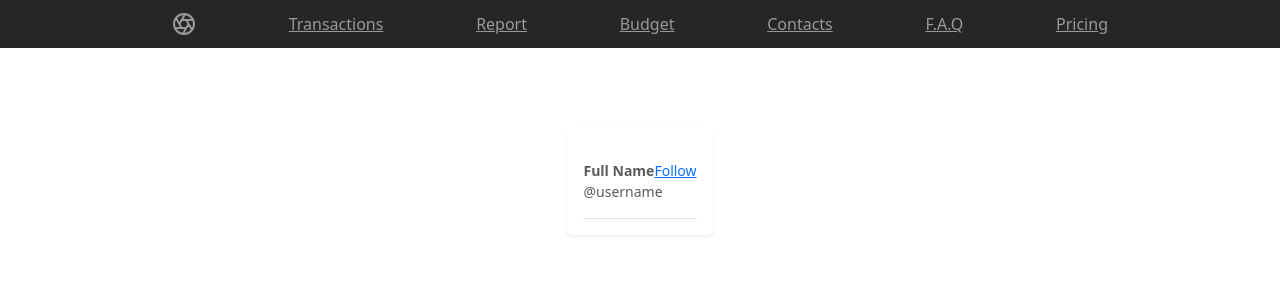
Repository: Nuriddinkhuja/budget-app-advanced
Page: index.html
An editor plug-in stored every save of this project. The page is shown before and after the next save, followed by the edit.
The browser window is 1280 px wide. The pictures show the whole page.
Some web libraries are served in a nearby version.

Above is the page before, as saved 2019-12-17 14:50:47.

### index.html
<html lang="en">
<head>
    <meta charset="UTF-8">
    <meta name="viewport" content="width=device-width, initial-scale=1.0">
    <meta http-equiv="X-UA-Compatible" content="ie=edge">
    <title>Document</title>
    <link rel="stylesheet" href="./node_modules/bootstrap/dist/css/bootstrap.min.css">
    <link rel="stylesheet" href="./css/style.css">
</head>
<body>
    <nav class="site-header sticky-top py-1">
        <div class="container d-flex flex-column flex-md-row justify-content-between">
            <a class="py-2" href="#" aria-label="Product">
            <svg xmlns="http://www.w3.org/2000/svg" width="24" height="24" fill="none" stroke="currentColor" stroke-linecap="round" stroke-linejoin="round" stroke-width="2" class="d-block mx-auto" role="img" viewBox="0 0 24 24" focusable="false"><title>Product</title><circle cx="12" cy="12" r="10"></circle><path d="M14.31 8l5.74 9.94M9.69 8h11.48M7.38 12l5.74-9.94M9.69 16L3.95 6.06M14.31 16H2.83m13.79-4l-5.74 9.94"></path></svg>
            </a>
            <a class="py-2 d-none d-md-inline-block" href="#">Transactions</a>
            <a class="py-2 d-none d-md-inline-block" href="#">Report</a>
            <a class="py-2 d-none d-md-inline-block" href="#">Budget</a>
            <a class="py-2 d-none d-md-inline-block" href="#">Contacts</a>
            <a class="py-2 d-none d-md-inline-block" href="#">F.A.Q</a>
            <a class="py-2 d-none d-md-inline-block" href="#">Pricing</a>
        </div>
    </nav>
    <div class="container">
        <div class="row justify-content-md-center p-3 p-md-5 m-md-3">
            <div class="col-md-auto">
                <div class="my-3 p-3 bg-white rounded shadow-sm">
                    <div class="media text-muted pt-3">
                        <div class="media-body pb-3 mb-0 small lh-125 border-bottom border-gray">
                            <div class="d-flex justify-content-between align-items-center w-100">
                                <strong class="text-gray-dark">Full Name</strong>
                                <a href="#">Follow</a>
                            </div>
                            <span class="d-block">@username</span>
                        </div>
                    </div>
                </div>
            </div>
        </div>
    </div>

    <script src="./js/jquery.min.js"></script>
    <script src="./node_modules/popper.js/dist/popper.min.js"></script>
    <script src="./node_modules/bootstrap/dist/js/bootstrap.min.js"></script>
    <script src="./js/main.js"></script>
</body>
</html>

### css/style.css
.container {
    max-width: 960px;
  }

  /*
   * Custom translucent site header
   */

  .site-header {
    background-color: rgba(0, 0, 0, .85);
    -webkit-backdrop-filter: saturate(180%) blur(20px);
    backdrop-filter: saturate(180%) blur(20px);
  }
  .site-header a {
    color: #999;
    transition: ease-in-out color .15s;
  }
  .site-header a:hover {
    color: #fff;
    text-decoration: none;
  }

  /*
   * Dummy devices (replace them with your own or something else entirely!)
   */

  .product-device {
    position: absolute;
    right: 10%;
    bottom: -30%;
    width: 300px;
    height: 540px;
    background-color: #333;
    border-radius: 21px;
    -webkit-transform: rotate(30deg);
    transform: rotate(30deg);
  }

  .product-device::before {
    position: absolute;
    top: 10%;
    right: 10px;
    bottom: 10%;
    left: 10px;
    content: "";
    background-color: rgba(255, 255, 255, .1);
    border-radius: 5px;
  }

  .product-device-2 {
    top: -25%;
    right: auto;
    bottom: 0;
    left: 5%;
    background-color: #e5e5e5;
  }


  /*
   * Extra utilities
   */

  .flex-equal > * {
    -ms-flex: 1;
    flex: 1;
  }
  @media (min-width: 768px) {
    .flex-md-equal > * {
      -ms-flex: 1;
      flex: 1;
    }
  }

  .overflow-hidden { overflow: hidden; }

Loaded but not shown: js/jquery.min.js (library); js/main.js (no stored copy; drawn as an empty file)

After the next save:
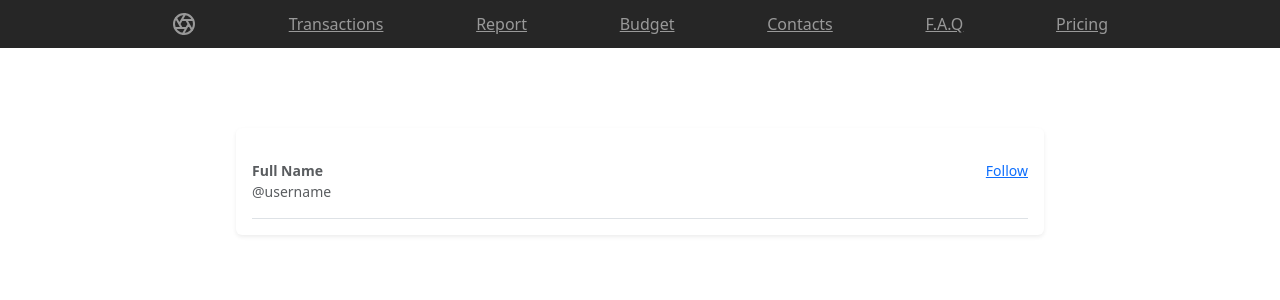
Saved 60 s later.
--- a/index.html
+++ b/index.html
@@ -23,16 +23,14 @@
     </nav>
     <div class="container">
         <div class="row justify-content-md-center p-3 p-md-5 m-md-3">
-            <div class="col-md-auto">
-                <div class="my-3 p-3 bg-white rounded shadow-sm">
-                    <div class="media text-muted pt-3">
-                        <div class="media-body pb-3 mb-0 small lh-125 border-bottom border-gray">
-                            <div class="d-flex justify-content-between align-items-center w-100">
-                                <strong class="text-gray-dark">Full Name</strong>
-                                <a href="#">Follow</a>
-                            </div>
-                            <span class="d-block">@username</span>
+            <div class="my-3 p-3 bg-white rounded shadow-sm">
+                <div class="media text-muted pt-3">
+                    <div class="media-body pb-3 mb-0 small lh-125 border-bottom border-gray">
+                        <div class="d-flex justify-content-between align-items-center w-100">
+                            <strong class="text-gray-dark">Full Name</strong>
+                            <a href="#">Follow</a>
                         </div>
+                        <span class="d-block">@username</span>
                     </div>
                 </div>
             </div>

After the save that followed:
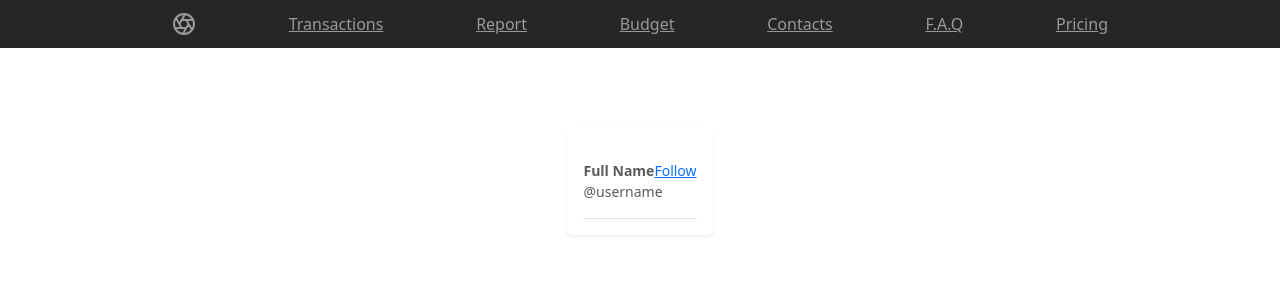
Saved 40 s later.
--- a/index.html
+++ b/index.html
@@ -23,14 +23,16 @@
     </nav>
     <div class="container">
         <div class="row justify-content-md-center p-3 p-md-5 m-md-3">
-            <div class="my-3 p-3 bg-white rounded shadow-sm">
-                <div class="media text-muted pt-3">
-                    <div class="media-body pb-3 mb-0 small lh-125 border-bottom border-gray">
-                        <div class="d-flex justify-content-between align-items-center w-100">
-                            <strong class="text-gray-dark">Full Name</strong>
-                            <a href="#">Follow</a>
+            <div class="col-md-auto">
+                <div class="my-3 p-3 bg-white rounded shadow-sm">
+                    <div class="media text-muted pt-3">
+                        <div class="media-body pb-3 mb-0 small lh-125 border-bottom border-gray">
+                            <div class="d-flex justify-content-between align-items-center w-100">
+                                <strong class="text-gray-dark">Full Name</strong>
+                                <a href="#">Follow</a>
+                            </div>
+                            <span class="d-block">@username</span>
                         </div>
-                        <span class="d-block">@username</span>
                     </div>
                 </div>
             </div>
